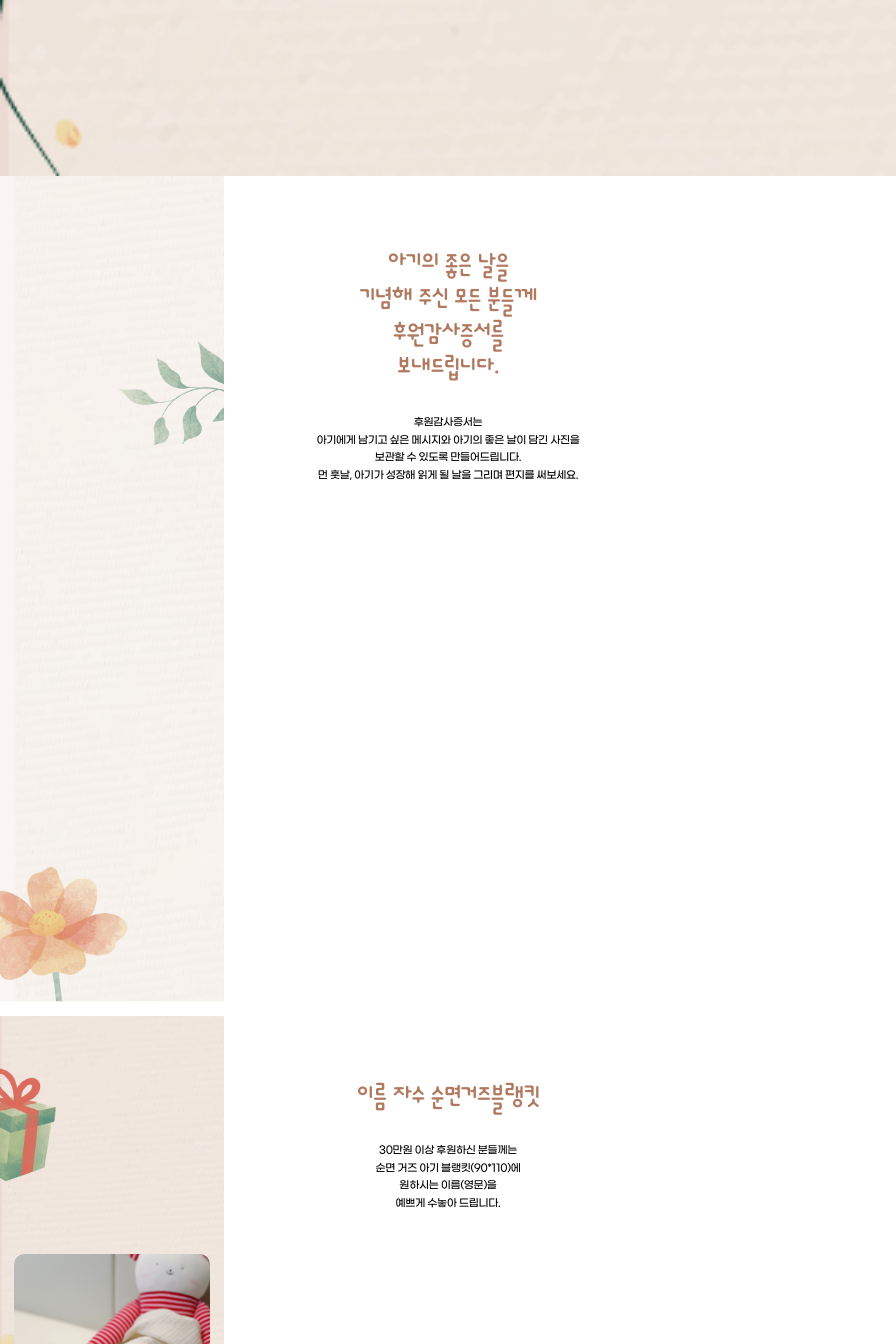
Repository: dlgywls1130/save_the_m320
Page: index.html
These files come from the project's save history. The page is drawn as it stood at one moment and after the next save; the edit follows.
The browser window is 1280 px wide. The pictures show the part of the page from y = 2058 to 3978 px (the page is 7190 px tall before and 7390 px after), at 70% of full size.

Above is the page before, as saved 2023-12-21 11:19:55.

After the next save:
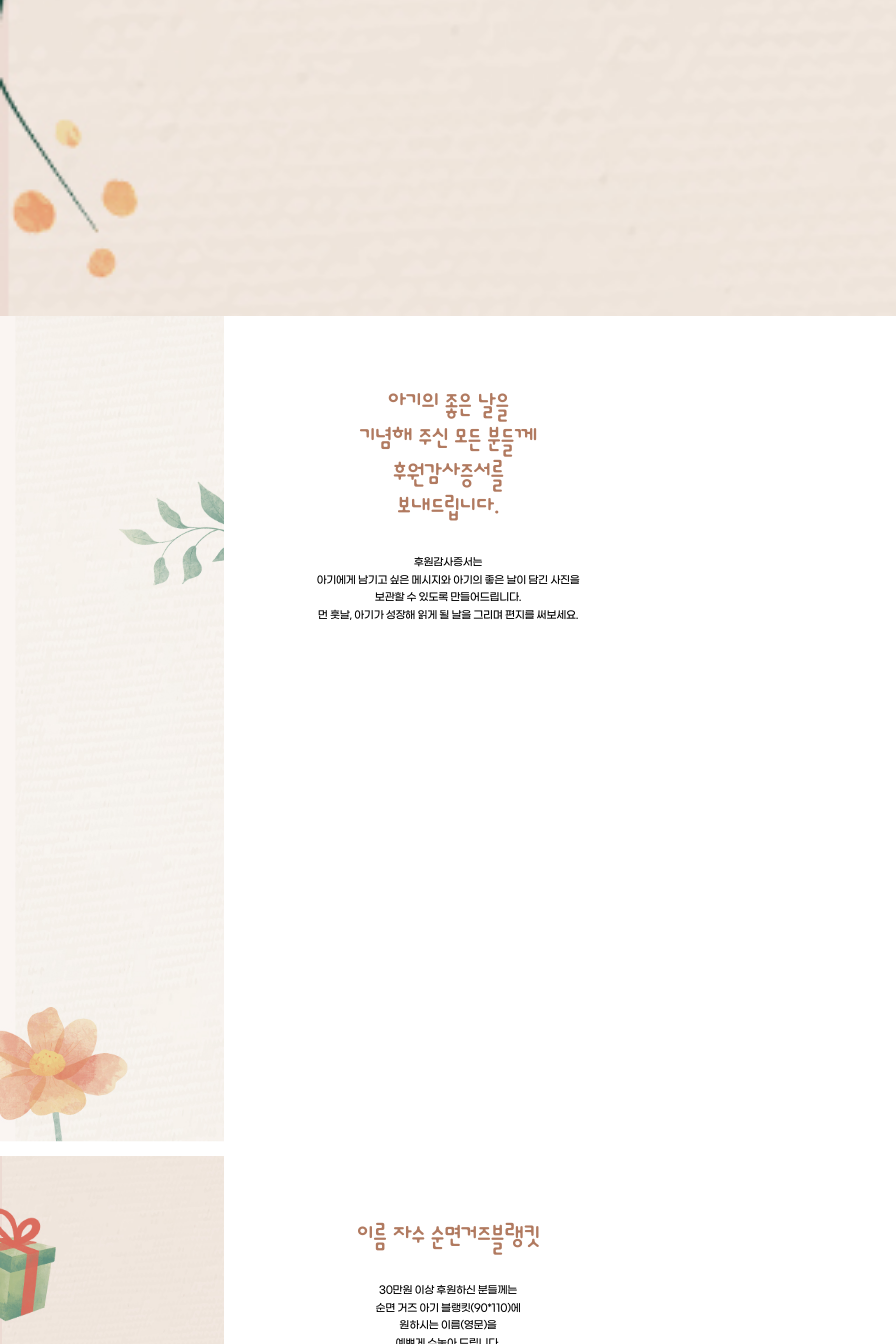
Saved 38 s later.
--- a/css/style.css
+++ b/css/style.css
@@ -235,7 +235,7 @@
 /* section02 */
 
 .section02{
-    height: 1300px;
+    height: 1500px;
     background: url('../img/back01.jpg') no-repeat;
     background-size: cover;
 }
